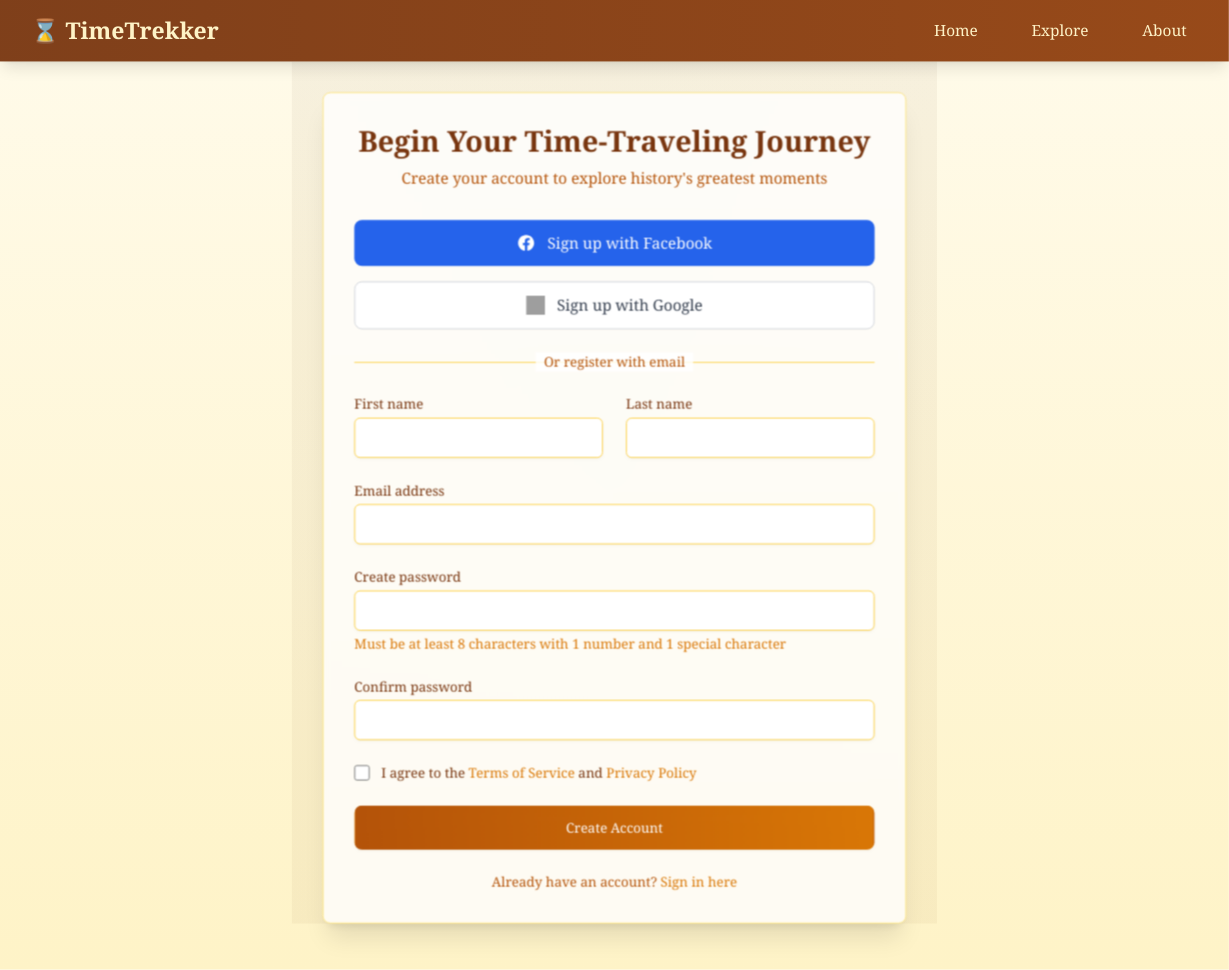
Repository: HamzaChehlaoui/History_Exploration_Website
Page: resources/views/create_acont.blade.php
The author's editor kept a copy of each file at every save. The page is drawn from the files as they stood at one save, then again after the next save.
The browser window is 1280 px wide. The pictures show the whole page, at 96% of full size.
Pictures or frames that could not be fetched are drawn as grey boxes. Some web libraries are served in a nearby version. The page is served by the project's Laravel application, run on PHP 8.4 with Laravel 10. The template is opened directly, without the code that normally fills it, so the values that code supplies are empty.

Above is the page before, as saved 2025-03-17 12:38:39.

After the next save:
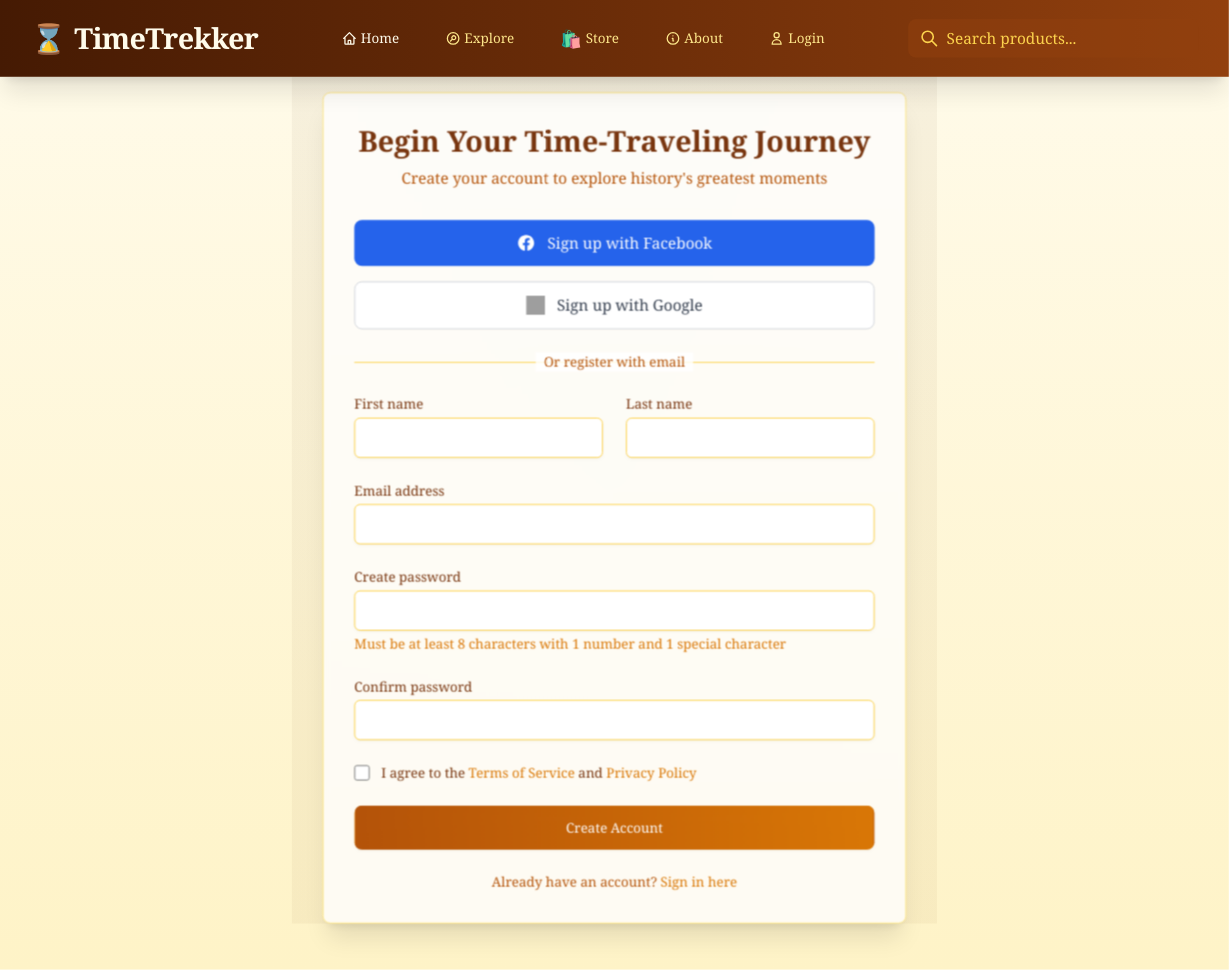
Saved 42 s later.
--- a/resources/views/create_acont.blade.php
+++ b/resources/views/create_acont.blade.php
@@ -35,24 +35,8 @@
 </head>
 <body class="font-serif bg-gradient-to-b from-amber-50 to-amber-100 min-h-screen">
     <!-- Navigation -->
-    <nav class="fixed w-full bg-gradient-to-r from-amber-900/95 to-amber-800/95 backdrop-blur-sm shadow-lg z-50">
-        <div class="max-w-7xl mx-auto px-4 sm:px-6 lg:px-8">
-            <div class="flex justify-between h-16 items-center">
-                <div class="flex-1 flex justify-center sm:justify-between items-center">
-                    <div class="flex-shrink-0 floating">
-                        <h1 class="text-2xl font-bold text-amber-100 font-serif">
-                            <span class="text-amber-400">⌛</span> TimeTrekker
-                        </h1>
-                    </div>
-                    <div class="hidden sm:flex sm:space-x-8">
-                        <a href="index.html" class="text-amber-100 hover:text-amber-200 px-3 py-2 rounded-md transition-all duration-300 hover:bg-amber-800/50">Home</a>
-                        <a href="#" class="text-amber-100 hover:text-amber-200 px-3 py-2 rounded-md transition-all duration-300 hover:bg-amber-800/50">Explore</a>
-                        <a href="page_about.html" class="text-amber-100 hover:text-amber-200 px-3 py-2 rounded-md transition-all duration-300 hover:bg-amber-800/50">About</a>
-                    </div>
-                </div>
-            </div>
-        </div>
-    </nav>
+    @include('navbare_visitoure.nav')
+
 
     <!-- Registration Section -->
     <div class="min-h-screen pt-16 pb-12 flex flex-col justify-center">
